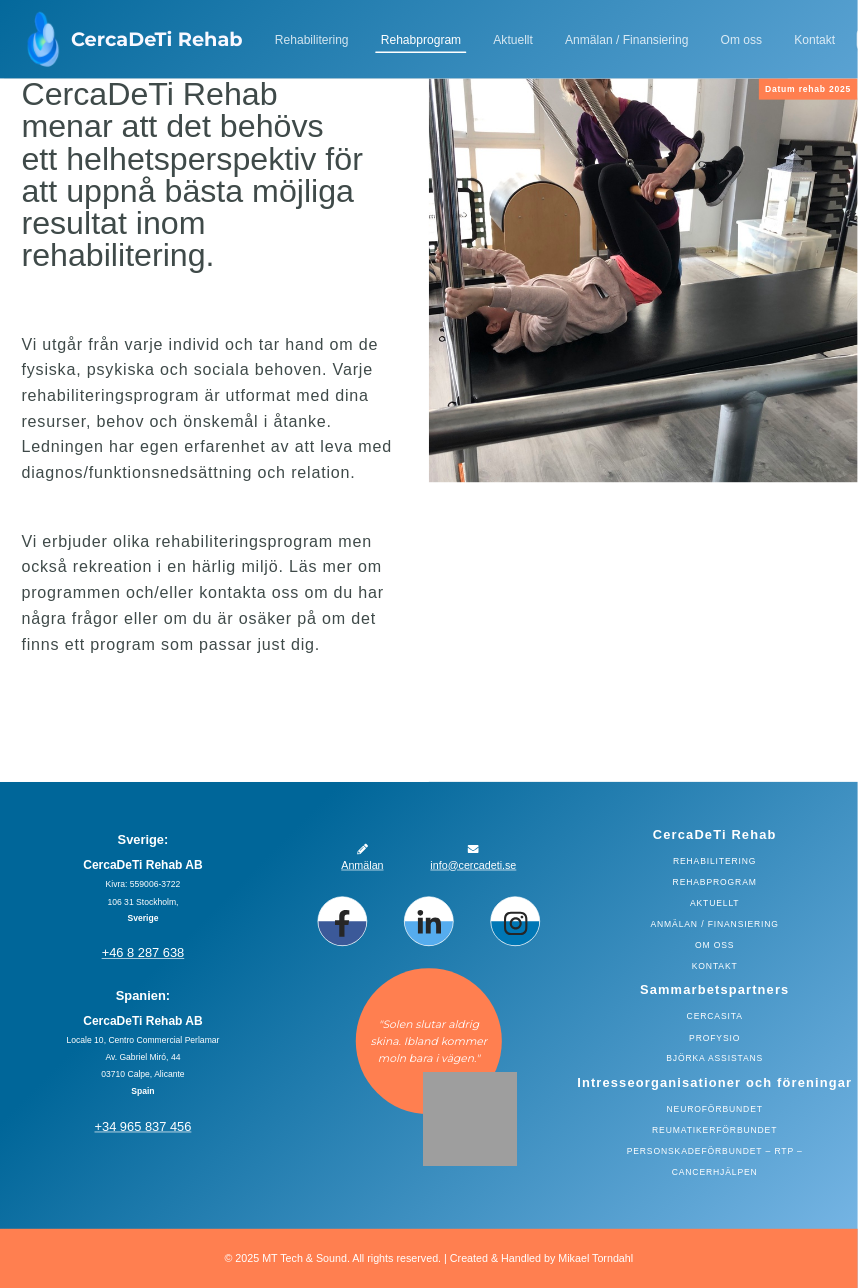
Repository: micketorndahl/CercaDeTi-rehab
Page: Rehabprogram.html
An editor plug-in stored every save of this project. The page is shown before and after the next save, followed by the edit.
The browser window is 1280 px wide. The pictures show the whole page, at 67% of full size.
Pictures or frames that could not be fetched are drawn as grey boxes. The page's requests for data from a server got no answer. Some web fonts or font styles are not loaded; a fallback is used. Some web libraries are served in a nearby version.

Above is the page before, as saved 2025-02-07 02:51:38.
Console error: TypeError: Cannot set properties of null (setting 'innerHTML')

### Rehabprogram.html
<!DOCTYPE html>
<html lang="en">
  <head>
    <meta charset="UTF-8" />
    <meta name="viewport" content="width=device-width, initial-scale=1.0" />

    <link
      rel="stylesheet"
      href="https://use.fontawesome.com/releases/v5.6.3/css/all.css"
      integrity="sha384-UHRtZLI+pbxtHCWp1t77Bi1L4ZtiqrqD80Kn4Z8NTSRyMA2Fd33n5dQ8lWUE00s/"
      crossorigin="anonymous"
    />

    <script src="https://cdnjs.cloudflare.com/ajax/libs/font-awesome/5.15.4/js/all.min.js"></script>

    <link rel="stylesheet" href="style.css" />
    <link rel="stylesheet" href="tailwind.css" />
    <title>CercaDeTi Rehab</title>
  </head>
  <body>
    <div class="site-container">
      <header class="header">
        <div class="logo-wrapper">
          <div class="logo">
            <div class="logo-and-text">
              <a href="index.html">
                <img src="/images/cropped-CDTR.gif" alt="Logo" />
                <h1 class="cercadeti">CercaDeTi Rehab</h1>
              </a>
            </div>
          </div>
        </div>

        <nav class="main-nav">
          <div class="nav-container">
            <ul>
              <li>
                <a href="rehabilitering.html">Rehabilitering</a>
              </li>
              <li>
                <a href="rehabprogram.html" class="active">Rehabprogram</a>
              </li>
              <li><a href="aktuellt.html">Aktuellt</a></li>
              <li><a href="anmalan-finans.html">Anmälan / Finansiering</a></li>
              <li><a href="om-oss.html">Om oss</a></li>
              <li><a href="kontakt.html">Kontakt</a></li>
            </ul>
          </div>
        </nav>

        <div class="social-container">
          <div class="social">
            <ul>
              <li>
                <a
                  href="https://www.facebook.com/CercadetiRehab/"
                  title="Facebook"
                  ><i class="fab fa-facebook-f icon"></i
                ></a>
              </li>
              <li>
                <a
                  href="https://www.linkedin.com/company/cercadeti-rehab-ab"
                  title="LinkedIn"
                  ><i class="fab fa-linkedin-in icon"></i
                ></a>
              </li>
              <li>
                <a
                  href="https://www.instagram.com/cercadetirehab/"
                  title="Instagram"
                  ><i class="fab fa-instagram icon"></i
                ></a>
              </li>
            </ul>
          </div>
          <!-- DATES START -->
          <div class="dates-index">
            <div class="card-index">
              <h3>Datum rehab 2025</h3>
              <ul>
                <li>
                  5 – 26 April 2025
                  <a href="anmalan-form.html?period=april" class="label-tag"
                    >Anmäl</a
                  >
                </li>
                <li>
                  10 – 31 Maj 2025
                  <a href="anmalan-form.html?period=maj" class="label-tag"
                    >Anmäl</a
                  >
                </li>
                <li>
                  6 – 27 September 2025
                  <a href="anmalan-form.html?period=september" class="label-tag"
                    >Anmäl</a
                  >
                </li>
                <li>
                  4 – 25 Oktober 2025
                  <a href="anmalan-form.html?period=oktober" class="label-tag"
                    >Anmäl</a
                  >
                </li>
                <li>
                  1 – 22 November 2025
                  <a href="anmalan-form.html?period=november" class="label-tag"
                    >Anmäl</a
                  >
                </li>
              </ul>
            </div>
          </div>
          <!-- DATES END -->
        </div>
      </header>

      <!-- MAIN START -->
      <main>
        <div class="container-rehabprogram">
          <div class="rehabprogram-and-banner-container">
            <section class="rehabprogram">
              <h2>
                CercaDeTi Rehab menar att det behövs ett helhetsperspektiv för
                att uppnå bästa möjliga resultat inom rehabilitering.
              </h2>
              <p>
                Vi utgår från varje individ och tar hand om de fysiska, psykiska
                och sociala behoven. Varje rehabiliteringsprogram är utformat
                med dina resurser, behov och önskemål i åtanke. Ledningen har
                egen erfarenhet av att leva med diagnos/funktionsnedsättning och
                relation.
              </p>

              <p>
                Vi erbjuder olika rehabiliteringsprogram men också rekreation i
                en härlig miljö. Läs mer om programmen och/eller kontakta oss om
                du har några frågor eller om du är osäker på om det finns ett
                program som passar just dig.
              </p>
            </section>

            <div class="banner-rehabprogram" id="banner-rehabprogram">
              <!-- Background layers -->
              <div class="image1"></div>
              <div class="image2"></div>
              <div class="image3"></div>
              <div class="image4"></div>
              <div class="image5"></div>
              <div class="image6"></div>
              <!-- Banner Content -->
              <div class="banner-content-rehabprogram">
                <div class="ctas-container">
                  <a href="#main" class="button-CTA">Program</a>
                </div>
              </div>
            </div>
          </div>

          <!-- <section class="programs-list">
            Lorem ipsum, dolor sit amet consectetur adipisicing elit. Minima
            dolorum facilis voluptate sit, et nostrum accusantium aut earum
            explicabo vitae! Similique excepturi a explicabo officiis. Deleniti
            dolor delectus nobis dolore. Aspernatur magnam hic rem mollitia
            porro corrupti quia repellendus fugit laborum nemo exercitationem
            tenetur maiores ipsa autem iure dolorem vero suscipit quibusdam,
            dolor aliquam error ad neque. Molestias, quae! Nemo? Veritatis modi
            quidem est quos? Dolorem ab libero unde ex natus minima laboriosam
            voluptates, nemo dignissimos, voluptatibus consequatur magni.
            Deserunt nihil rem molestias illum voluptatem in doloribus vel
            voluptatibus deleniti. Dolores, qui aut odio, mollitia culpa
            doloremque repellat tempora repellendus, excepturi unde quisquam.
            Alias quos, labore doloremque doloribus laboriosam aspernatur quo
            suscipit explicabo sequi quibusdam, eveniet, voluptatibus
            accusantium recusandae modi! A, voluptatum sequi explicabo incidunt
            perspiciatis quod non repellendus distinctio aliquid ab sunt vel
            dignissimos earum impedit minus voluptate, dolorem iusto labore
            officia eos perferendis corrupti dolorum fugiat. Sapiente,
            veritatis. Fuga optio quas obcaecati cum ab eligendi odio eum maxime
            nam doloremque fugiat corrupti soluta dolores qui non sunt
            praesentium, voluptates placeat error nemo voluptatem quaerat
            provident! Totam, aliquid consectetur. Adipisci delectus praesentium
            aliquid, eligendi, inventore nesciunt explicabo, ratione
            reprehenderit enim a commodi nobis sint atque? Vel, inventore. Vel
            veniam aut temporibus earum cum provident vitae ipsum sed incidunt
            ducimus? Fuga saepe est quo! Fugiat consectetur quas tempora eum id,
            sit odit nobis nihil non commodi illo rerum doloribus consequatur
            repellat dolore vitae voluptas sint saepe pariatur. Voluptates,
            eaque illo. Reprehenderit quod ea laboriosam eaque unde! Hic
            doloribus voluptatem adipisci earum incidunt sunt dolorem
            praesentium non ullam quisquam, iure quod reprehenderit recusandae
            iusto dolor autem consequatur ducimus dolorum molestiae porro.
            Labore in voluptatum quas consequuntur eos mollitia rerum. Doloribus
            veniam reprehenderit consectetur eius molestias sint asperiores
            commodi fugiat aperiam beatae! Id animi sed reiciendis cum
            blanditiis? Nihil sit dolores praesentium.
          </section> -->
        </div>
      </main>
      <!-- MAIN END -->

      <!-- FOOTER START -->
      <footer class="footer-container">
        <div class="footer-top">
          <div class="footarea1 footer-shared">
            <address class="address-shared address-se">
              <h5>Sverige:</h5>
              <strong
                ><span class="address-company-name"
                  >CercaDeTi Rehab AB</span
                ></strong
              ><br />
              <span class="address-location">Kivra: 559006-3722</span><br />
              <span class="address-city">106 31 Stockholm,</span><br />
              <span class="address-country"
                ><strong>Sverige</strong><br
              /></span>
              <br />
              <span class="telephone"
                ><a href="tel:+468287638">+46 8 287 638</a></span
              >
            </address>

            <div class="address-shared address-es">
              <address>
                <h5>Spanien:</h5>
                <strong
                  ><span class="address-company-name"
                    >CercaDeTi Rehab AB</span
                  > </strong
                ><br />
                <span class="address-location"
                  >Locale 10, Centro Commercial Perlamar</span
                ><br />
                <span class="address-street">Av. Gabriel Miró, 44</span><br />
                <span class="address-city">03710 Calpe, Alicante<br /></span>
                <span class="address-country"
                  ><strong>Spain</strong><br
                /></span>
                <br />
                <span class="telephone"
                  ><a href="tel:+34965837456">+34 965 837 456</a></span
                >
              </address>
            </div>
          </div>
          <div class="footarea2 footer-shared">
            <div class="footarea2-links">
              <a href="anmalan-finans.html"
                ><i class="fas fa-pencil-alt"></i> Anmälan</a
              >
              <a href="mailto:info@cercadeti.se"
                ><i class="fas fa-envelope"></i> info@cercadeti.se</a
              >
            </div>
            <div class="social-footer">
              <ul>
                <li>
                  <a
                    href="https://www.facebook.com/CercadetiRehab/"
                    title="Facebook"
                  >
                    <i class="fab fa-facebook-f icon"></i>
                  </a>
                </li>

                <li>
                  <a
                    href="https://www.linkedin.com/company/cercadeti-rehab-ab"
                    title="LinkedIn"
                    ><i class="fab fa-linkedin-in icon"></i
                  ></a>
                </li>
                <li>
                  <a
                    href="https://www.instagram.com/cercadetirehab/"
                    title="Instagram"
                    ><i class="fab fa-instagram icon"></i
                  ></a>
                </li>
              </ul>
            </div>
            <div class="image-container-footer">
              <div class="image-wrapper">
                <p class="footer-quote">
                  "Solen slutar aldrig skina. Ibland kommer moln bara i vägen."
                </p>
                <img src="images/weelchair.icon.png" alt="wheelchair-icon" />
              </div>
            </div>
          </div>
          <div class="footarea3 footer-shared">
            <nav class="footer-nav">
              <div class="link-column1">
                <h4>CercaDeTi Rehab</h4>
                <ul>
                  <li><a href="rehabilitering.html">Rehabilitering</a></li>
                  <li><a href="rehabprogram.html">Rehabprogram</a></li>
                  <li><a href="aktuellt.html">Aktuellt</a></li>
                  <li>
                    <a href="anmalan-finans.html">Anmälan / Finansiering</a>
                  </li>
                  <li><a href="om-oss.html">Om oss</a></li>
                  <li><a href="kontakt.html">Kontakt</a></li>
                </ul>
              </div>

              <div class="link-column2">
                <h4>Sammarbetspartners</h4>
                <ul>
                  <li><a href="https://cercasita.com/">Cercasita</a></li>
                  <li><a href="https://profysio.es/">ProFysio</a></li>
                  <li>
                    <a href="https://www.bjorka-assistans.se/"
                      >Björka Assistans</a
                    >
                  </li>
                </ul>
              </div>

              <div class="link-column3">
                <h4>Intresseorganisationer och föreningar</h4>
                <ul>
                  <li><a href="https://neuro.se/">Neuroförbundet</a></li>
                  <li>
                    <a href="https://reumatiker.se/">Reumatikerförbundet</a>
                  </li>
                  <li>
                    <a href="https://rtp.se/">Personskadeförbundet – RTP – </a>
                  </li>
                  <li>
                    <a href="http://www.cancerhjalpen.se/">Cancerhjälpen</a>
                  </li>
                </ul>
              </div>
            </nav>
          </div>
        </div>
        <div class="footer-bottom">
          <div class="copyright">
            &copy; 2025 MT Tech &amp; Sound. All rights reserved. | Created
            &amp; Handled by Mikael Torndahl
          </div>
          <div class="additional-info"></div>
        </div>
      </footer>
      <!-- FOOTER END -->
    </div>
    <!-- SCRIPT SRCS -->
    <script src="js/script.js"></script>
    <script src="js/weather-api.js"></script>
  </body>
</html>

### style.css
@import url("css/reset.css");
@import url("css/standard.css");
@import url("css/variables.css");
@import url("css/typography.css");
@import url("css/layout.css");
@import url("css/navigation.css");
@import url("css/post.css");
@import url("css/footer.css");
@import url("css/searchbox.css");
@import url("css/page-templates.css");
@import url("css/mq-tablet.css");
@import url("css/mq-phone.css");
@import url("css/effects.css");
@import url("css/specific-classes.css");

### css/standard.css
/*
/* STANDARD
*/

html {
  scroll-behavior: smooth;
}

a {
  text-decoration: none;
}

[class*="fa"]:not([class*="fab"]) {
  display: block;
  margin: 0 auto;
  padding: 0.2rem;
}

### css/typography.css
/*
/* HEADLINES
*/

body {
  background-color: hsla(var(--white-hsl), 1);
  color: var(--gray-paragraph);
  font-style: normal;
}

.container-index p {
  font-size: 1.5rem;
  font-weight: 300;
  pre-wrap: white-space;
  text-align: center;
  margin: var(--margin);
  word-wrap: break-word;
}

.container-index p.important-paragraph {
  font-size: 2rem;
  font-weight: 700;
}

body,
body p,
.address-company-name,
address span,
h1,
h2,
h3,
h4,
h5,
h6 {
  font-family: var(--font-secondary), sans-serif;
  margin: 0;
  padding: 0;
  line-height: var(--body-font-line-height);
}

h1,
h2,
h3,
h4,
h5,
h6 {
  font-weight: bold;
}

h1 {
  font-size: 2rem;
}
h2 {
  font-size: calc(4rem + 1vw);
}

h3 {
  font-size: 1.6rem;
  color: hsla(var(--white-hsl), 1);
  margin-bottom: 0.5rem;
  letter-spacing: 0.09em;
}
h4 {
  font-size: 1.2rem;
  color: hsla(var(--white-hsl), 1);
  margin-bottom: 0.5rem;
  letter-spacing: 0.09em;
}
h5 {
  font-size: 1.2rem;
  font-style: normal;
  padding: 0;
}
h6 {
  font-size: 1rem;
}

.banner-content h2 {
  font-family: var(--font-ten), sans-serif;
  font-size: 6rem;
  font-style: bold;
  line-height: 1.2;
  margin-top: 1vmax;
  color: hsla(var(--white-hsl), 1);
}

header h3 {
  display: flex;
  justify-content: center;
  color: hsla(var(--white-hsl), 1);
  font-size: 1vmax;
  text-align: center;
  padding: 0.5rem;
  margin: 0;
}

.card-index li {
  color: hsla(var(--white-hsl), 1);
}

.address-company-name {
  font-size: 1.4vmax;
  font-weight: bold;
  font-style: normal;
}

address span {
  font-style: normal;
  font-size: 1vmax;
  font-weight: 400;
  margin: 0;
  padding: 0;
}

.aktuellt p.important-paragraph {
  font-size: 1.5vmax;
  font-weight: 700;
}

.aktuellt p.latest-paragrafh {
  font-size: 1.3rem;
  font-weight: 700;
  font-style: normal;
  color: var(--text-dark);
}

.omoss h2,
.rehabprogram h2 {
  font-size: 3rem;
  font-weight: 500;
  color: var(--text-gray);
  text-align: left;
  margin-left: var(--margin);
  padding: 0;
  padding-bottom: 2vmax;
  width: 80%;
}

.omoss .company-info p,
.rehabprogram p {
  display: flex;
  font-size: 1.5rem;
  margin: var(--margin);
  color: var(--text-gray);
  word-break: break-word;
  letter-spacing: 0.05em;
}

.bold {
  font-weight: 900;
}

### css/post.css
/*
/* POST */
/*

### css/searchbox.css
/*
/* SEARCHBOX */
/*

### css/mq-tablet.css
/*
/* MQ-TABLET */
/*

### css/mq-phone.css
/*
/* MQ-PHONE*/
/*

### css/specific-classes.css
.wrapper-color1 {
  background-color: var(--wrapper-color1);
}

.wrapper-color2 {
  background-color: var(--wrapper-color2);
}

.wrapper-color3 {
  background-color: var(--wrapper-color3);
}

.wrapper-color4 {
  background-color: var(--wrapper-color4);
}

.wrapper-color5 {
  background-color: var(--wrapper-color5);
}

.wrapper-color6 {
  background-color: var(--wrapper-color6);
}

.wrapper-color7 {
  background-color: var(--wrapper-color7);
}

.wrapper-color8 {
  background-color: var(--wrapper-color8);
}

.padding-1 {
  padding-top: 6.6rem;
  padding-bottom: 6.6rem;
}

Loaded but not shown: tailwind.css (library); js/script.js (232 lines, source omitted); js/weather-api.js (90 lines, source omitted); css/page-templates.css (1044 lines, source omitted); css/layout.css (396 lines, source omitted); css/effects.css (384 lines, source omitted); css/reset.css (364 lines, source omitted); css/variables.css (111 lines, source omitted); css/footer.css (185 lines, source omitted); css/navigation.css (123 lines, source omitted)

After the next save:
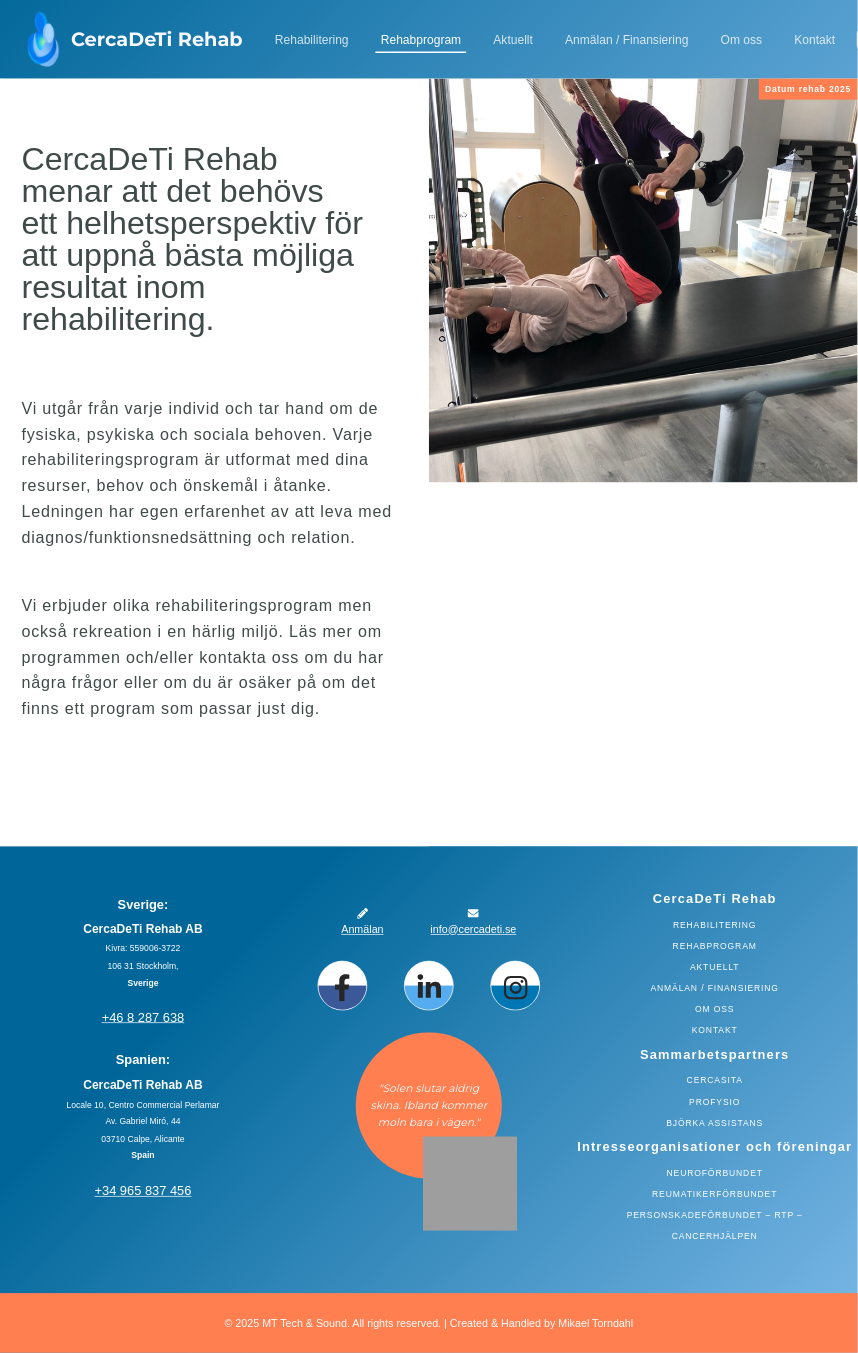
Saved 48 s later.
--- a/css/typography.css
+++ b/css/typography.css
@@ -131,7 +131,7 @@
   color: var(--text-gray);
   text-align: left;
   margin-left: var(--margin);
-  padding: 0;
+  padding-top: var(--padding-top);
   padding-bottom: 2vmax;
   width: 80%;
 }

After the save that followed:
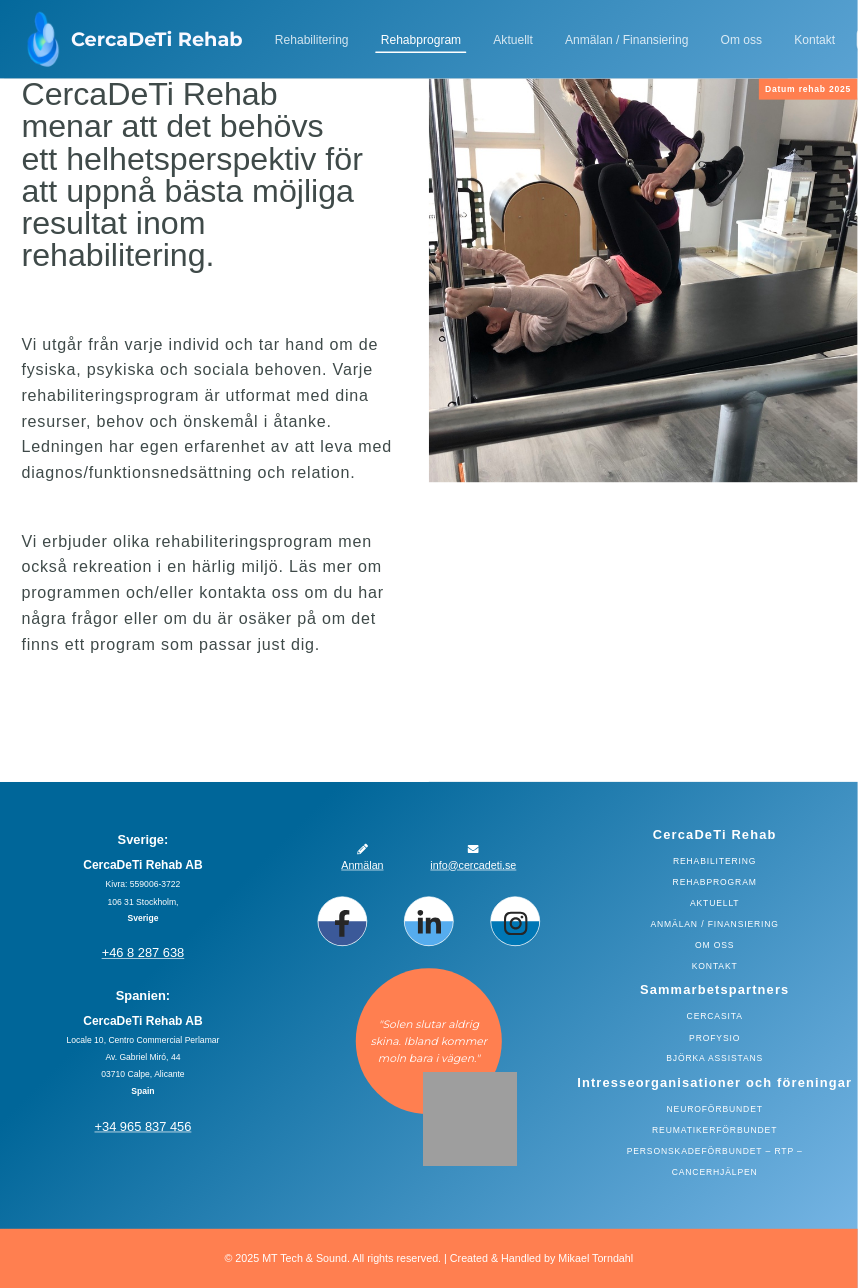
Saved 44 s later.
--- a/css/typography.css
+++ b/css/typography.css
@@ -131,7 +131,6 @@
   color: var(--text-gray);
   text-align: left;
   margin-left: var(--margin);
-  padding-top: var(--padding-top);
   padding-bottom: 2vmax;
   width: 80%;
 }
